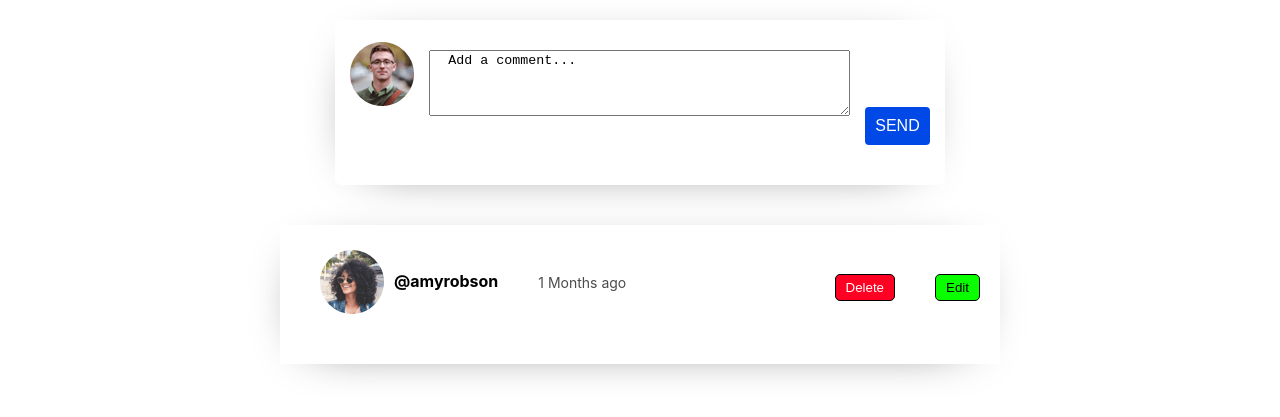
Repository: badhon252/interactive-comments-section
Page: /
These files come from the project's save history. The page is drawn as it stood at one moment and after the next save; the edit follows.
The browser window is 1280 px wide. The pictures show the whole page.
The project was rebuilt for these pictures with package versions that can differ from the ones it lists, and the page was loaded fresh each time.

Above is the page before, as saved 2022-01-27 23:32:36.

### public/index.html
<!DOCTYPE html>
<html lang="en">

<head>
  <meta charset="utf-8" />
  <link rel="icon" href="%PUBLIC_URL%/favicon.ico" />
  <meta name="viewport" content="width=device-width, initial-scale=1" />
  <meta name="theme-color" content="#000000" />
  <meta name="description" content="Web site created using create-react-app" />
  <link rel="apple-touch-icon" href="%PUBLIC_URL%/logo192.png" />

  <link rel="manifest" href="%PUBLIC_URL%/manifest.json" />

  <title>interactive-comments-section</title>
</head>

<body>
  <noscript>You need to enable JavaScript to run this app.</noscript>
  <div id="root"></div>

</body>

</html>

### src/App.js
import WriteComments from "./components/WriteComments";
// import WriteComments from "./components/WriteComments";

function App() {
  return (
    <div className="App">
      <WriteComments />
    </div>
  );
}

export default App;

### src/components/WriteComments.js
import React, { useState } from "react";
import "../App.css";
import Avatar from "../images/avatars/image-juliusomo.png";
import Comments from "./Comments";
export default function WriteComments() {
  const [input, setInput] = useState("");

  return (
    <div className="main-div">
      <div className="comment-input ">
        <form action="" className="comment-section shadow">
          <img src={Avatar} alt="images" className="my-img" />
          <textarea
            name=""
            id=""
            rows="4"
            cols="50"
            defaultValue="  Add a comment..."
            onChange={(e) => setInput(e.target.value)}
          />
          <button className="submit-btn">SEND</button>
        </form>{" "}
      </div>
      <Comments />
    </div>
  );
}

### src/App.css
.main-div {
  /* width: 40rem; */
  /* margin: auto; */
}
.comment-input {
  display: flex;
  justify-content: center;
}
.comment-section {
  padding: 15px;
  margin: 20px;
  border-radius: 7px;
}

.submit-btn {
  background-color: rgb(0, 73, 231);
  color: white;
  border: none;
  border-radius: 4px;
  font-size: 1rem;
  padding: 10px;
  margin-bottom: 25px;
  cursor: pointer;
  /* align-items: flex-start; */
}

.my-img {
  max-width: 80%;
  margin-bottom: 25px;
}
textarea {
  margin: 15px;
}

.shadow {
  box-shadow: -3px 7px 54px -36px rgba(0, 0, 0, 1);
  -webkit-box-shadow: -3px 7px 54px -36px rgba(0, 0, 0, 1);
  -moz-box-shadow: -3px 7px 54px -36px rgba(0, 0, 0, 1);
}

/* single comment section ==== */
.comments {
  margin: 20px auto;
  width: 45rem;
  text-align: justify;
}
.profile-info {
  display: flex;
  /* justify-content: left; */
  padding: 25px 0 10px 40px;
}
.random-img {
  max-width: 80%;
}
.name {
  padding: 0 10px;
}
.single-comment {
  width: 40rem;
  padding: 0 15px 20px 15px;
  margin: 20px;
}

.time {
  font-size: 14px;
  opacity: 70%;
  padding-top: 24px;
  padding-left: 30px;
}
.btn {
  /* text-align: center; */
  text-align: right;
  padding-top: 24px;
  padding-left: 30px;
  margin-left: auto;
}
.edit {
  background-color: rgb(9, 255, 0);
  border: 1px solid black;
  padding: 5px 10px;
  border-radius: 5px;
  margin: 0 20px;
  cursor: pointer;
}

.delete {
  background-color: rgb(255, 0, 34);
  border: 1px solid black;
  color: #fff;
  padding: 5px 10px;
  border-radius: 5px;
  margin: 0 20px;
  cursor: pointer;
}

### src/components/Comments.js
import React, { useState } from "react";
import avatar from "../images/avatars/image-amyrobson.png";
// import { FaTrash } from "react-icons/fa";

const Comments = () => {
  const [comment, setComment] = useState([]);
  //   const [edit, setEdit] = useState("");
  //   const [delete, setDelete] = useState([]);

  const handleDelete = () => {};
  const handleEdit = () => {};

  return (
    <div className="comments shadow">
      <div className="profile-info">
        <img src={avatar} alt="" className="random-img" />
        <h4 className="name">@amyrobson</h4>
        <span className="time"> 1 Months ago</span>
        <div className="btn">
          <button className="delete" onClick={handleDelete}>
            Delete
          </button>
          <button className="edit" onClick={handleEdit}>
            Edit
          </button>
        </div>
      </div>

      <p className="single-comment">{comment}</p>
    </div>
  );
};

export default Comments;

Loaded but not shown: src/index.js (common file); src/index.css (common file); src/reportWebVitals.js (common file)

After the next save:
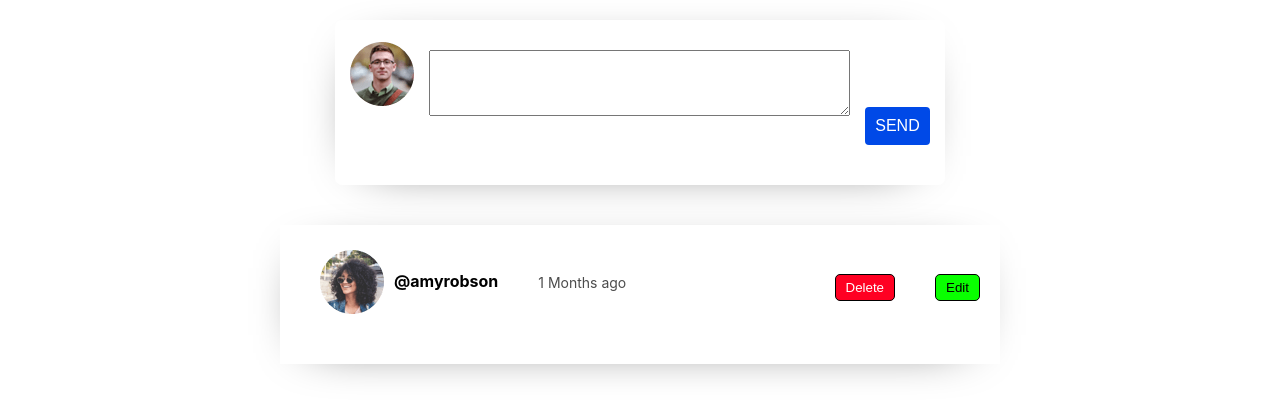
Saved 20 s later.
--- a/src/components/WriteComments.js
+++ b/src/components/WriteComments.js
@@ -15,7 +15,7 @@ export default function WriteComments() {
             id=""
             rows="4"
             cols="50"
-            defaultValue="  Add a comment..."
+            value={input}
             onChange={(e) => setInput(e.target.value)}
           />
           <button className="submit-btn">SEND</button>
